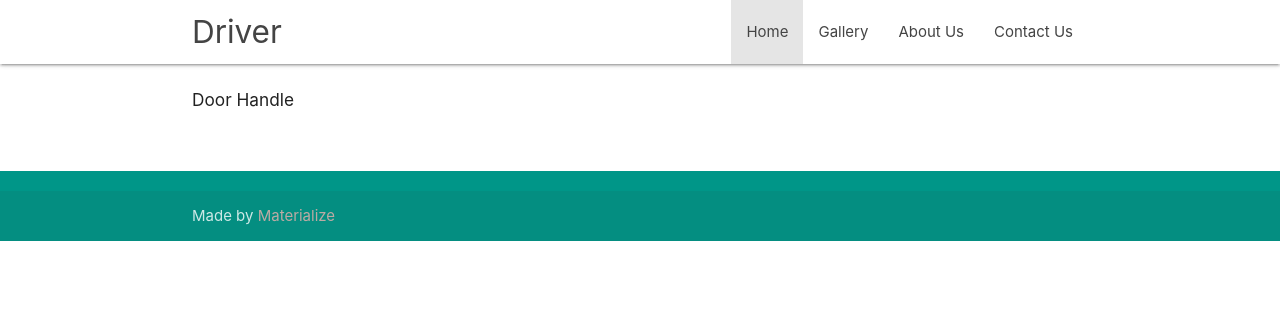
Repository: Madhav-77/Hardware-Shop
Page: http://localhost/home/gallery
An editor plug-in stored every save of this project. The page is shown before and after the next save, followed by the edit.
The browser window is 1280 px wide. The pictures show the whole page.
Some web libraries are served in a nearby version. The page is served by the project's Laravel application, run on PHP 8.4 with Laravel 8.

Above is the page before, as saved 2019-06-21 22:33:09.
Console error: TypeError: Cannot read properties of undefined (reading 'top')

After the next save:
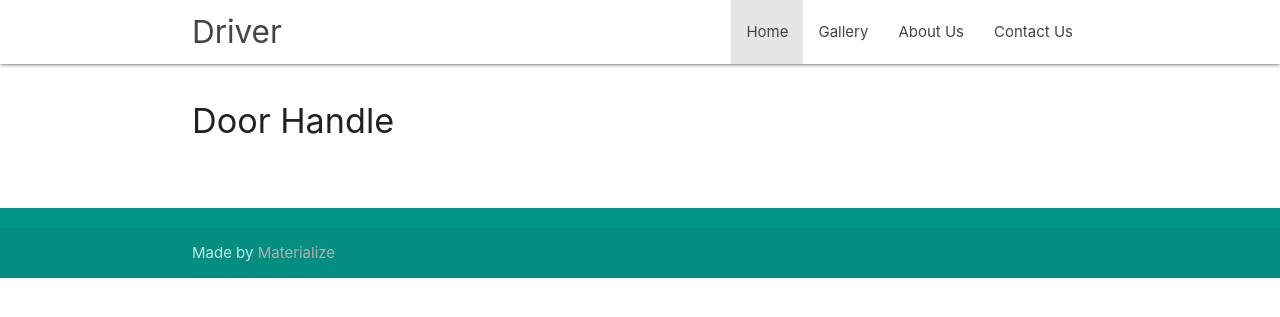
Saved 27 s later.
--- a/resources/views/gallery.blade.php
+++ b/resources/views/gallery.blade.php
@@ -42,7 +42,7 @@
     <div class="container">
         <div class="section">
             <div class="row">
-                <h6 align="left" style="color:rgba(0, 0, 0, 0.87);">Door Handle</h4>
+                <h4 align="left" style="color:rgba(0, 0, 0, 0.87);">Door Handle</h4>
                 <div class="row">
 
                 </div>
